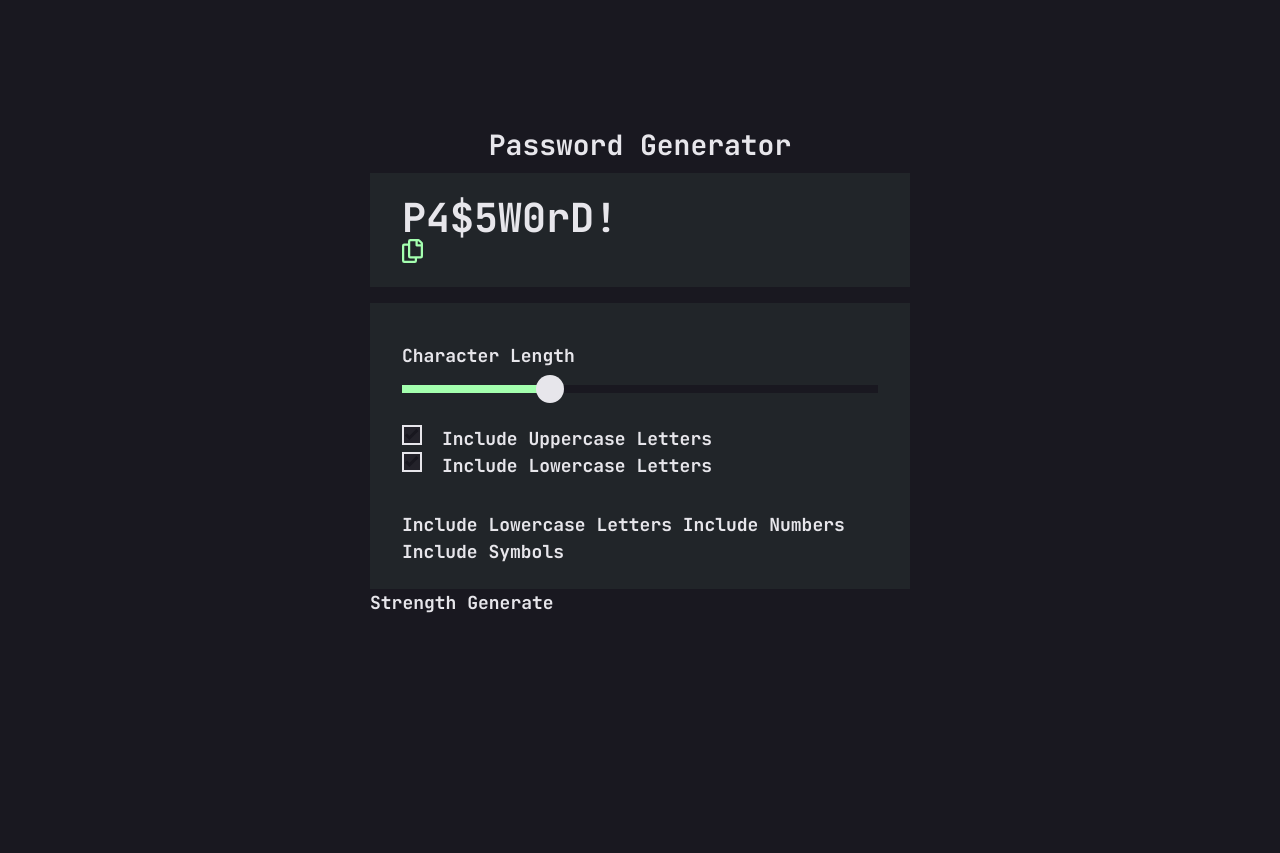
Repository: blordeus/password-generator-app
Page: starter-code/index.html
An editor plug-in stored every save of this project. The page is shown before and after a run of saves, followed by the edit.
The browser window is 1280 px wide. The pictures show the whole page.

Above is the page before, as saved 2023-10-05 20:12:56.

After the next 7 saves:
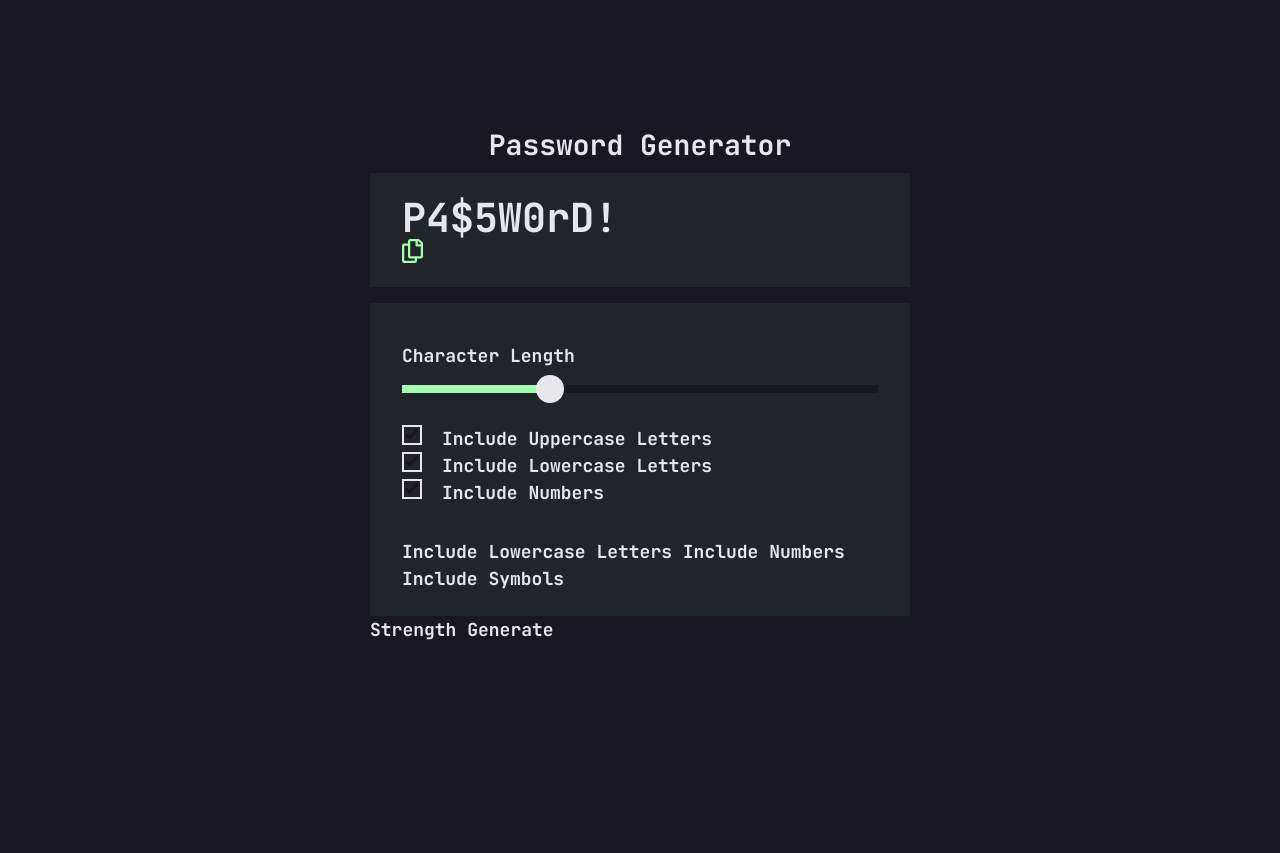
The 7 saves are shown as one change because they came seconds apart.
The last was saved 23 s later.
--- a/starter-code/index.html
+++ b/starter-code/index.html
@@ -37,6 +37,11 @@
           Include Lowercase Letters
           <span class="checkmark"><img src="./assets/images/icon-check.svg" alt="checked-icon"></span>
         </label>
+        <label for="" class="checkboxLabel">
+          <input type="checkbox" name="inclNumbers" id="inclNumbers">
+          Include Numbers
+          <span class="checkmark"><img src="./assets/images/icon-check.svg" alt="checked-icon"></span>
+        </label>
 
       </div>
       Include Lowercase Letters
